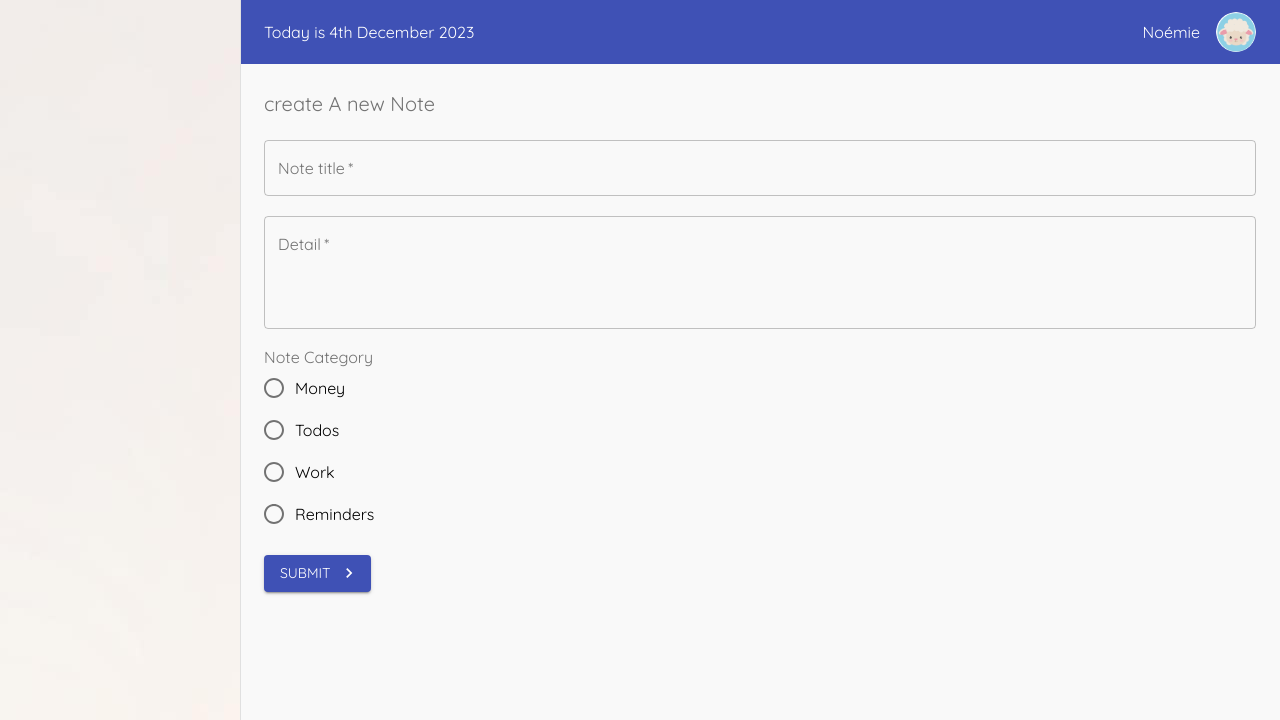
Repository: noemiepham/noemieblognote
Page: /create
An editor plug-in stored every save of this project. The page is shown before and after the next save, followed by the edit.
The browser window is 1280 px wide. The pictures show the whole page.
The project was rebuilt for these pictures with package versions that can differ from the ones it lists, and the page was loaded fresh each time. Also part of the build but not shown: src/components/NoteCard.js, src/pages/Notes.js.

Above is the page before, as saved 2023-12-08 15:47:14.

After the next save:
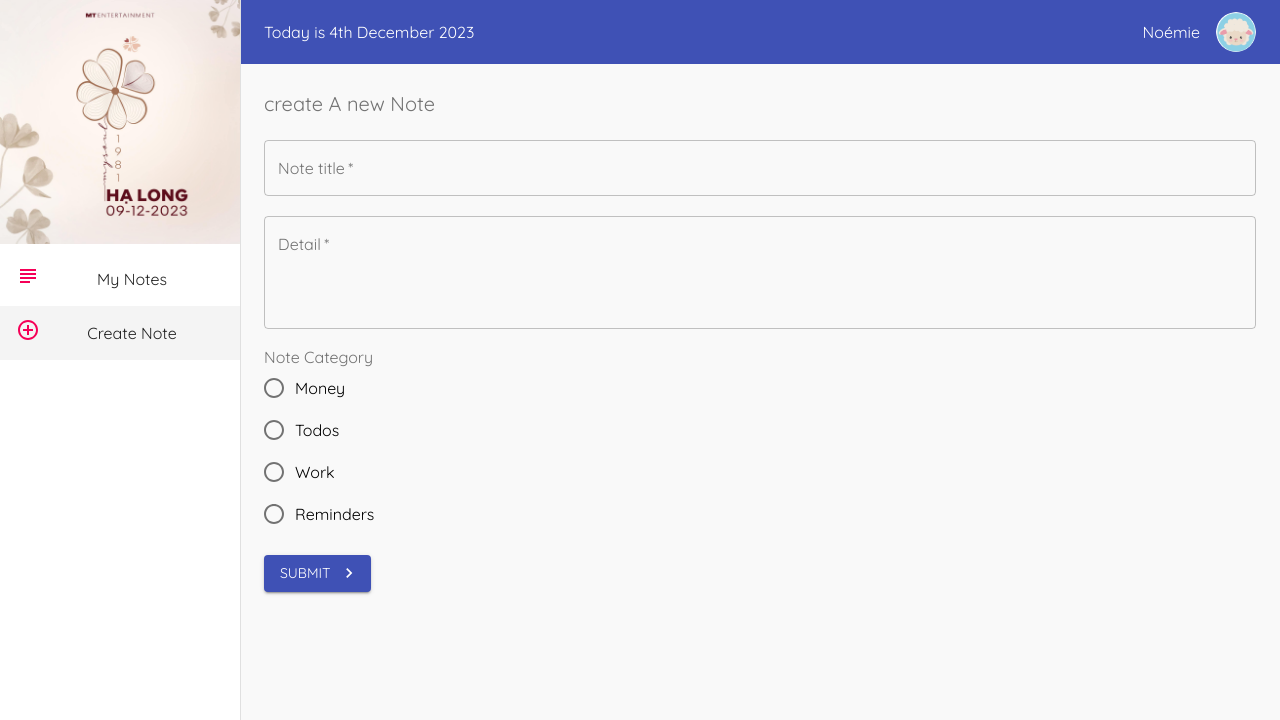
Saved 47 s later.
--- a/src/index.css
+++ b/src/index.css
@@ -29,3 +29,9 @@ body {
      /* change div to reference your elements you put in <Masonry> */
      margin-bottom: 30px;
 }
+
+img {
+     width: 100%;
+     height: 100%;
+     object-fit: cover;
+}
